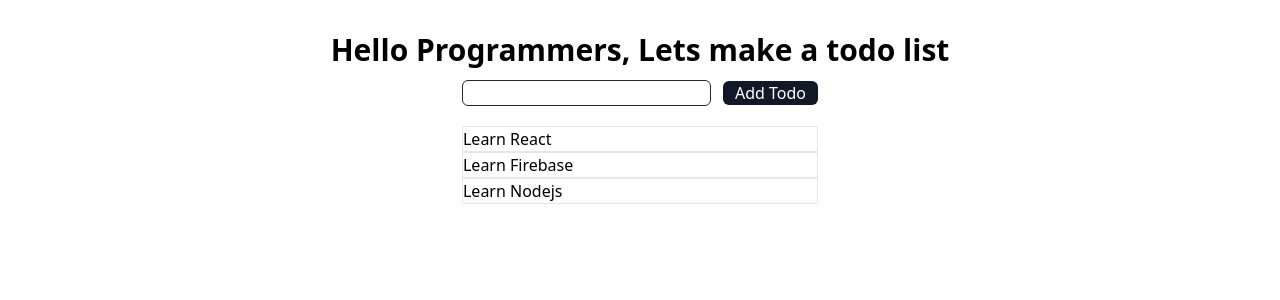
Repository: Shamraiz761/todo_list
Page: /
These files come from the project's save history. The page is drawn as it stood at one moment and after the next save; the edit follows.
The browser window is 1280 px wide. The pictures show the whole page.
The project was rebuilt for these pictures with package versions that can differ from the ones it lists, and the page was loaded fresh each time. Also part of the build but not shown: vite.config.js.

Above is the page before, as saved 2024-01-11 22:40:12.

After the next save:
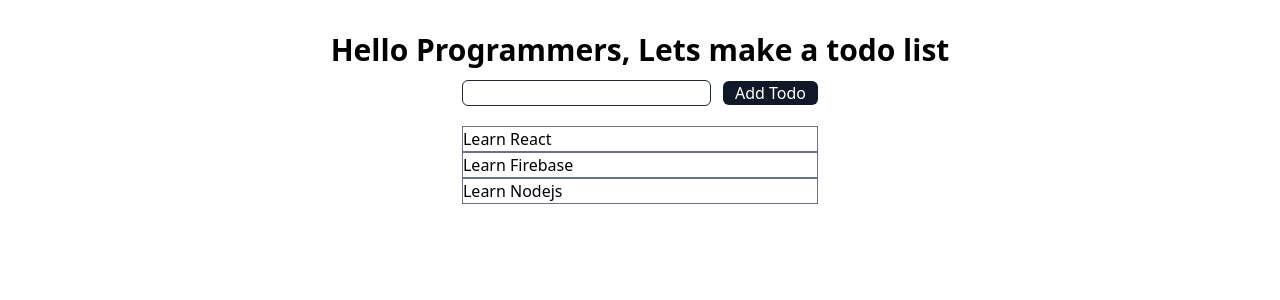
Saved 4 s later.
--- a/src/App.jsx
+++ b/src/App.jsx
@@ -33,7 +33,7 @@ function App() {
           </form>
           <ul className="my-5">
             {todo.map((item, index) => {
-              return <li className="border border-" key={index}>{item}</li>;
+              return <li className="border border-gray-500 " key={index}>{item}</li>;
             })}
           </ul>
         </div>
